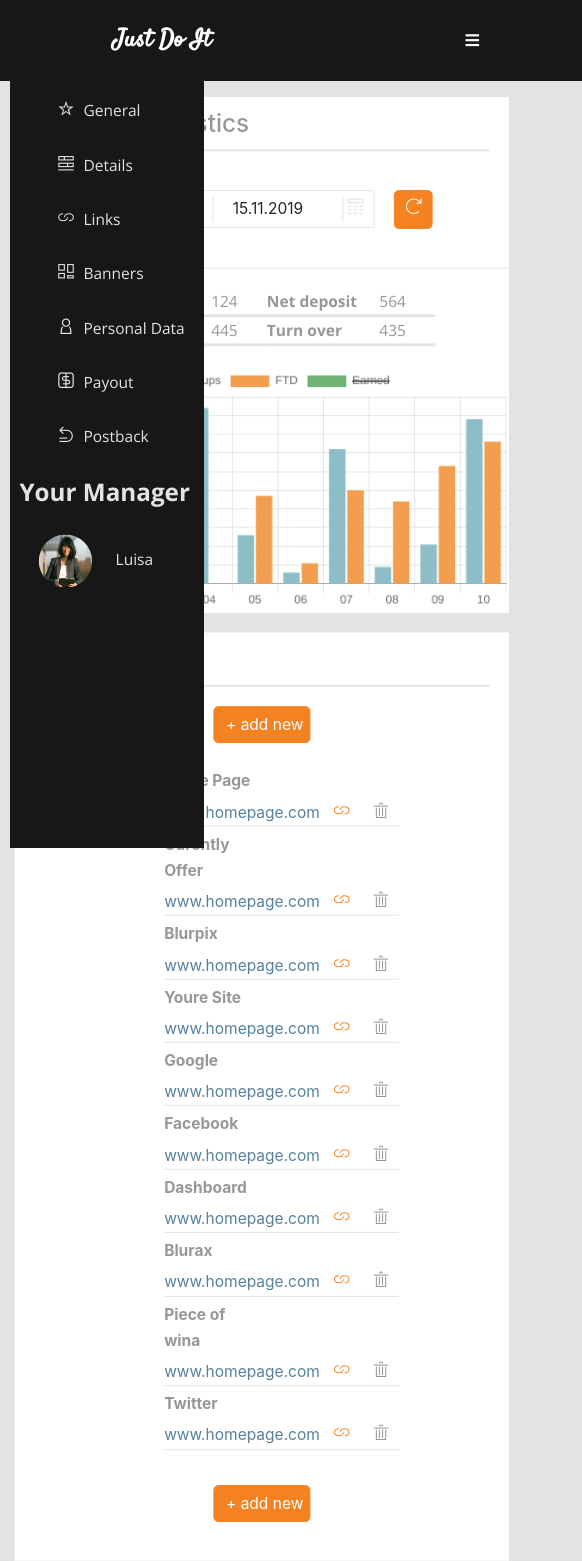
Repository: OllaWilk/wwwJustDoIt
Page: index.html
These files come from the project's save history. The page is drawn as it stood at one moment and after the next save; the edit follows.
The browser window is 600 px wide. The pictures show the whole page, at 97% of full size.
After loading, the first visible `#hamburger` was clicked once.
Some web libraries are served in a nearby version. The style sheet was rebuilt from its Sass, Less or Tailwind sources for each picture, by a compiler version that may differ from the author's.

Above is the page before, as saved 2019-12-25 17:46:54.

After the next save:
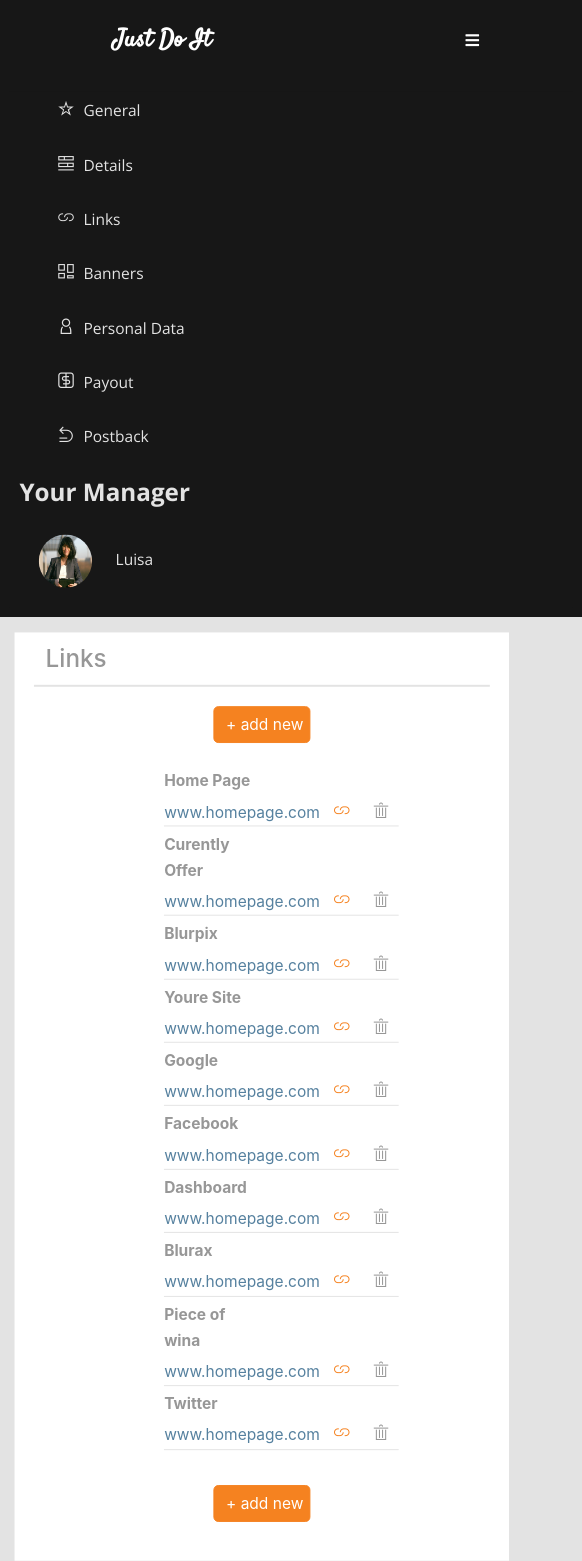
Saved 59 s later.
--- a/sass/components/_mediaQuery.scss
+++ b/sass/components/_mediaQuery.scss
@@ -27,7 +27,7 @@
 
     .navigationWraperMobile.active {
         display: block;
-        position: fixed;
+        position: right;
         height: 100%;
         background-color: $color-dark;
         z-index: 1;

After the 2 saves that followed:
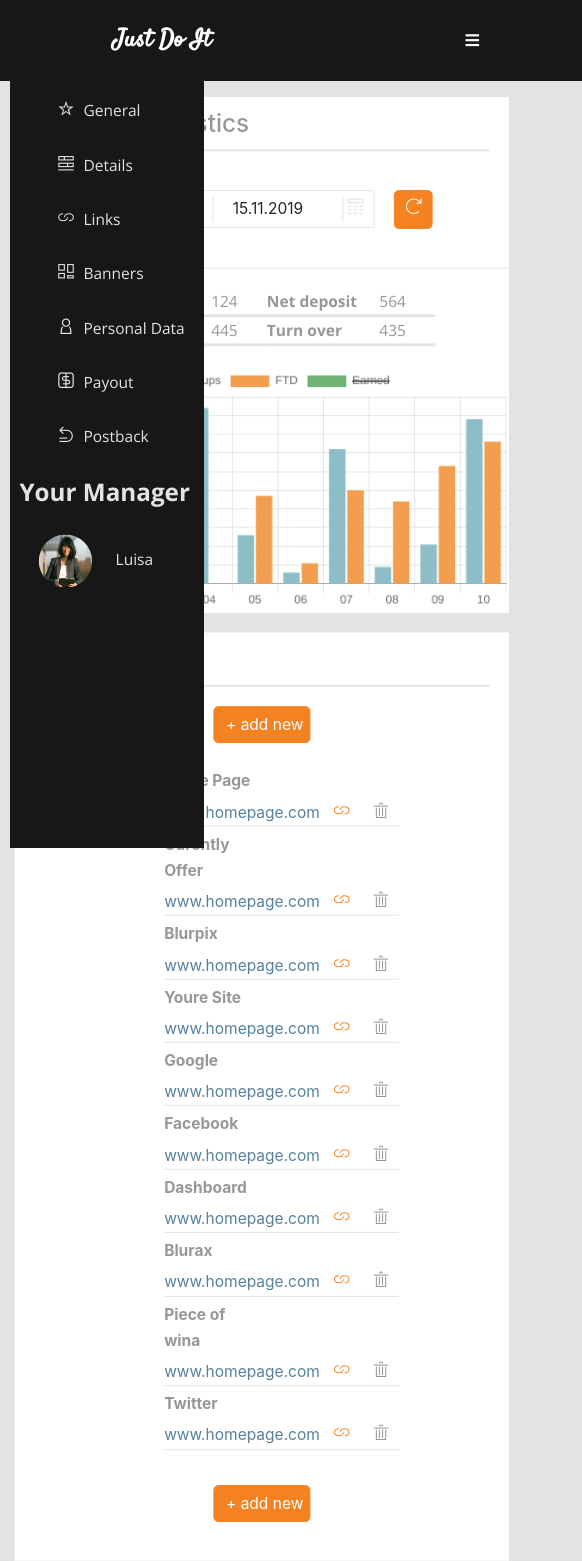
The 2 saves are shown as one change because 1 left the picture as it was.
The last was saved 85 s later.
--- a/sass/components/_mediaQuery.scss
+++ b/sass/components/_mediaQuery.scss
@@ -27,7 +27,8 @@
 
     .navigationWraperMobile.active {
         display: block;
-        position: right;
+        position: fixed;
+        margin: auto;
         height: 100%;
         background-color: $color-dark;
         z-index: 1;
